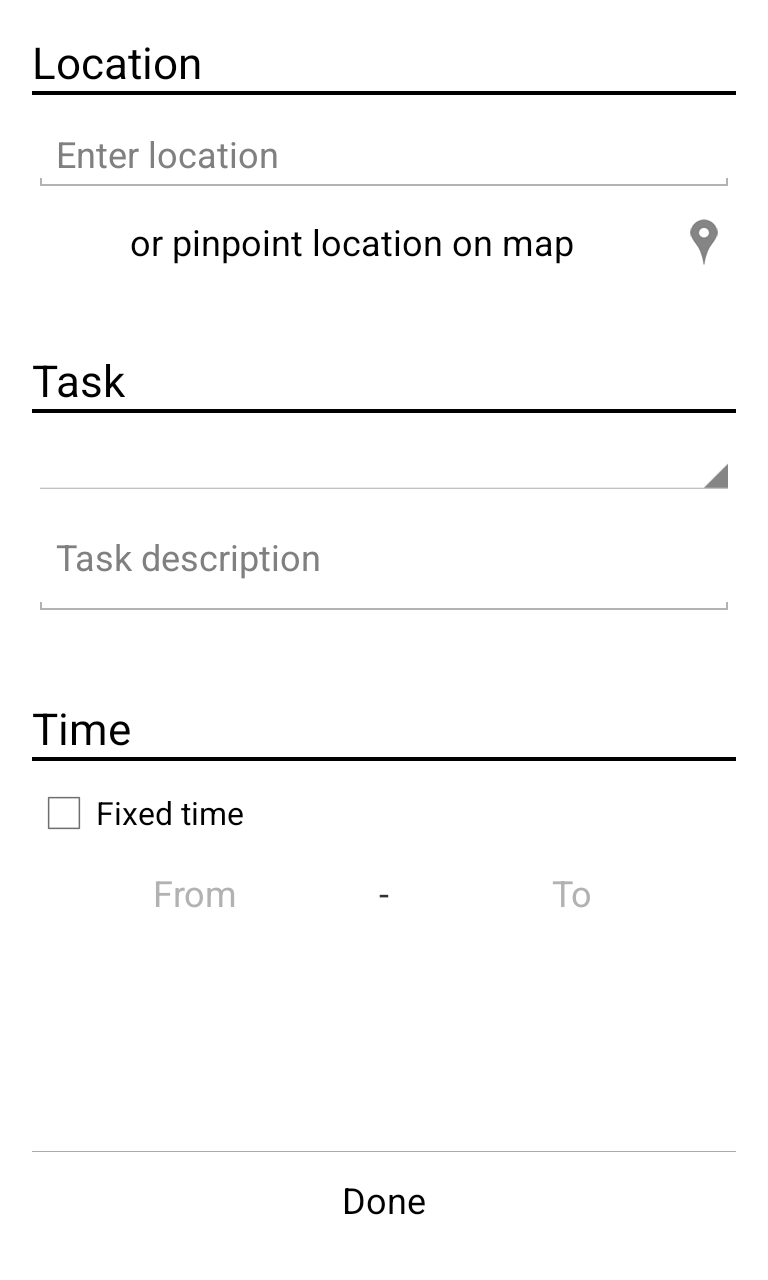
Repository: larserikstrand/IMT4904-Master
Layout: MTP/res/layout/activity_new_task.xml
An editor plug-in stored every save of this project. The layout is shown before and after the next save, followed by the edit.
It is drawn on a 768 x 1280 px phone screen (xhdpi) without system bars, with theme android:Theme.Holo.Light; the app's code is not run.

Above is the layout before, as saved 2014-02-11 20:32:08.

After the next save:
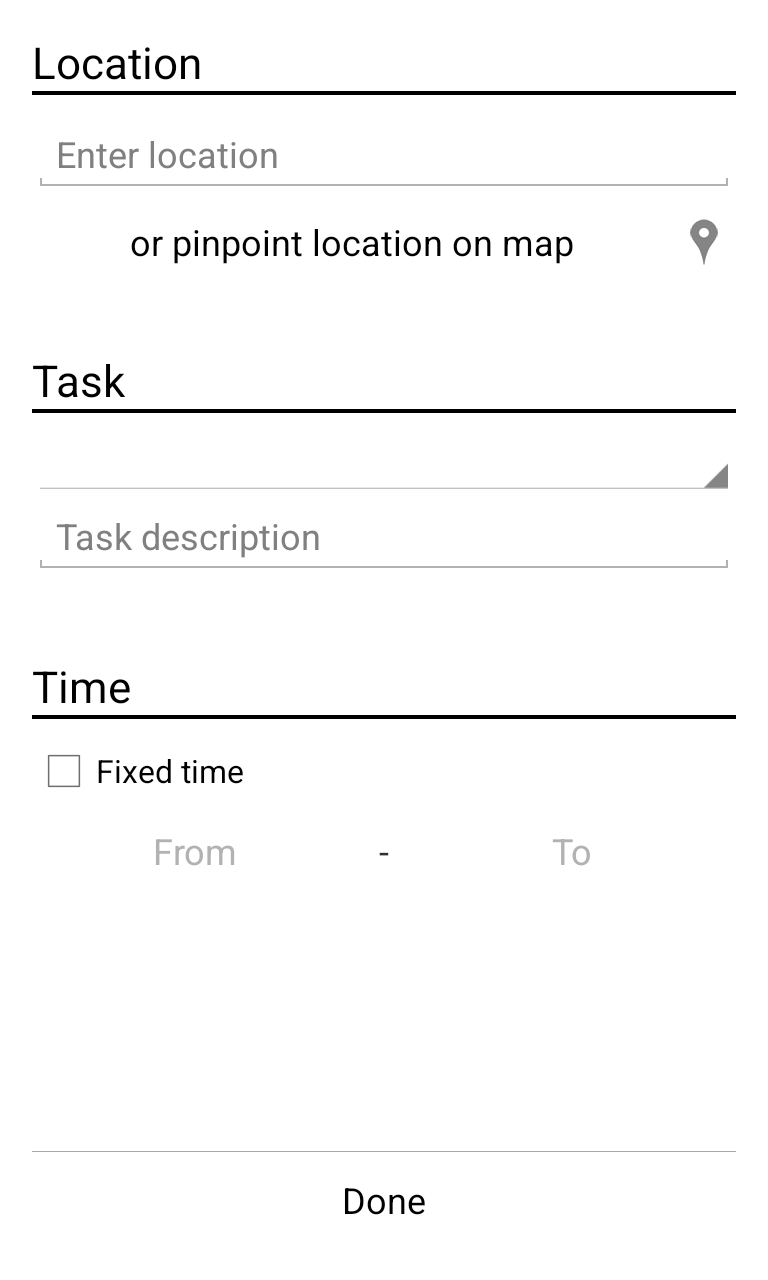
Saved 4 min 25 s later.
--- a/MTP/res/layout/activity_new_task.xml
+++ b/MTP/res/layout/activity_new_task.xml
@@ -64,7 +64,8 @@
         		android:layout_height="wrap_content"
         		android:layout_marginBottom="10dp"
         		android:lines="2"
-        		android:hint="@string/task_description_hint" />
+        		android:hint="@string/task_description_hint"
+        		android:inputType="textCapSentences" />
 
     		<TextView
         		android:layout_width="wrap_content"
